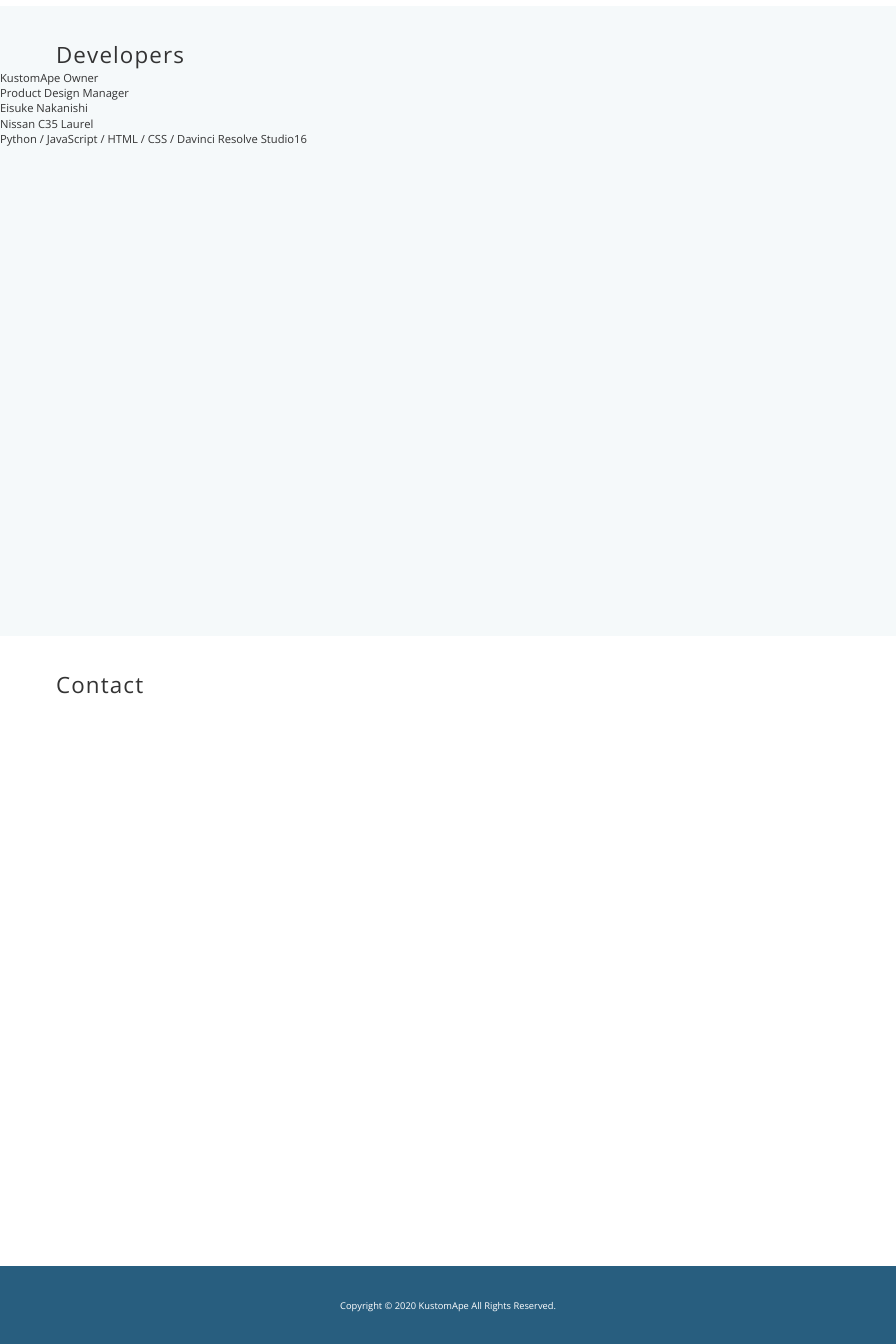
Repository: AirDepot/web
Page: index.html
These files come from the project's save history. The page is drawn as it stood at one moment and after a run of saves; the edit follows.
The browser window is 1280 px wide. The pictures show the part of the page from y = 3772 to 5692 px (the page is 5692 px tall before and 4883 px after), at 70% of full size.

Above is the page before, as saved 2020-02-12 00:44:38.

After the next 2 saves:
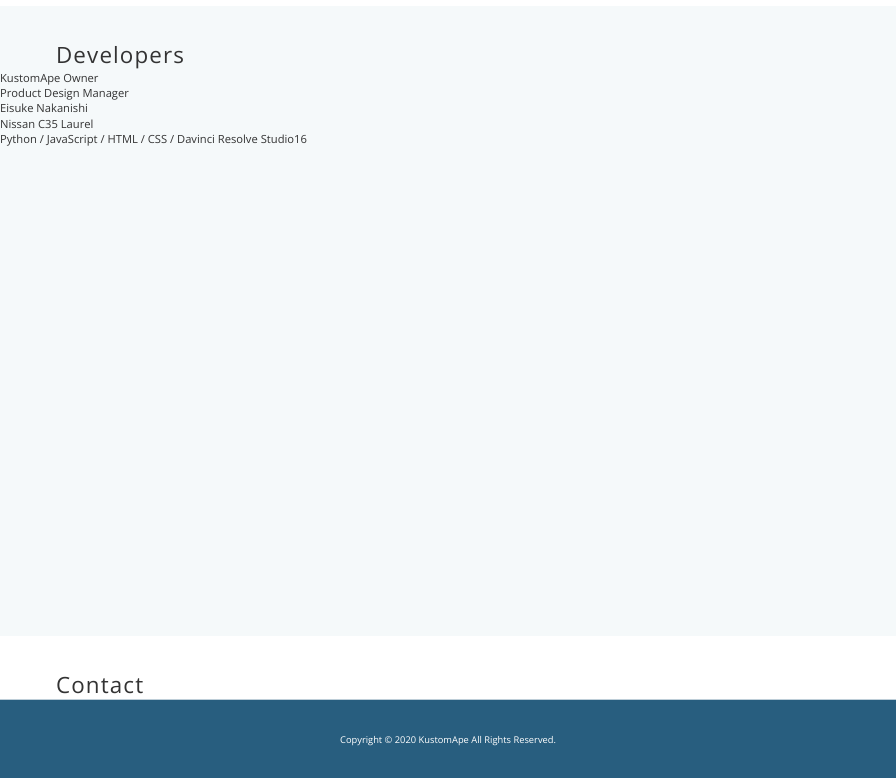
The 2 saves are shown as one change because they came seconds apart.
The last was saved 29 s later.
--- a/assets/css/common.css
+++ b/assets/css/common.css
@@ -160,6 +160,10 @@
     background: #F5F9FA;
 }
 
+p.about_eisuke
+
+p.about_eisuke_bold
+
 div#contact {
     width: 100%;
     height: 900px;

After the save that followed:
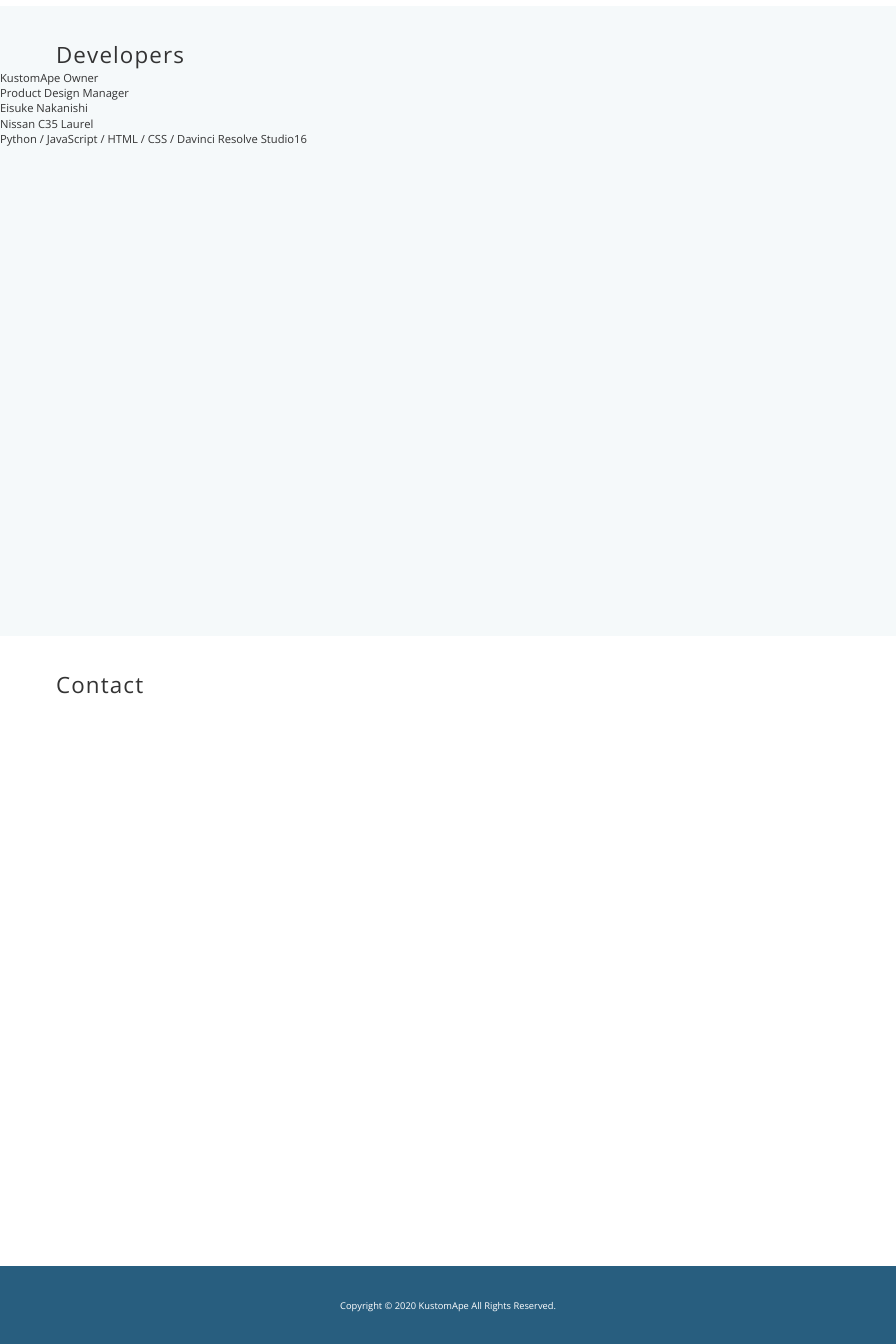
Saved 5 s later.
--- a/assets/css/common.css
+++ b/assets/css/common.css
@@ -160,9 +160,13 @@
     background: #F5F9FA;
 }
 
-p.about_eisuke
+p.about_eisuke {
 
-p.about_eisuke_bold
+}
+
+p.about_eisuke_bold {
+
+}
 
 div#contact {
     width: 100%;
